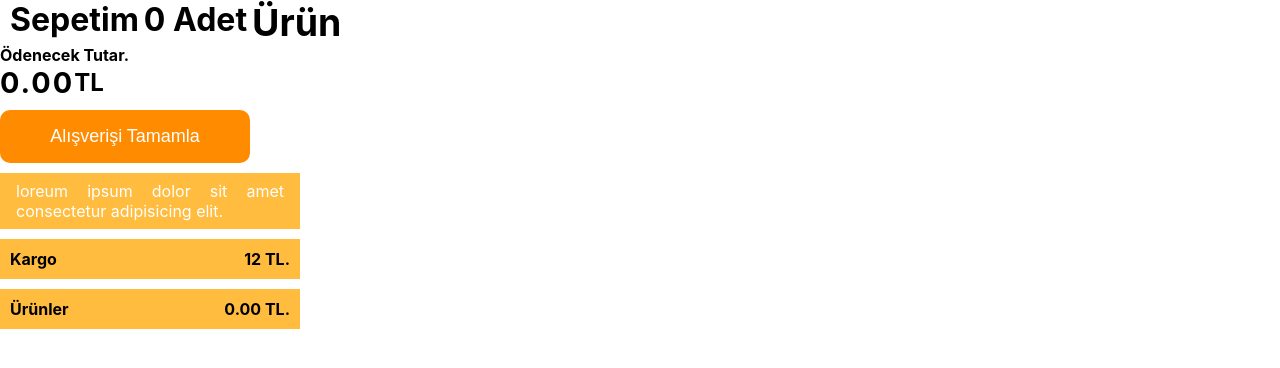
Repository: sevilgenysf/serverapiecommerce
Page: /
An editor plug-in stored every save of this project. The page is shown before and after the next save, followed by the edit.
The browser window is 1280 px wide. The pictures show the whole page.
The page's requests for data from a server got no answer. The project was rebuilt for these pictures with package versions that can differ from the ones it lists, and the page was loaded fresh each time. No one was signed in, and anything a server would have sent is missing. Also part of the build but not shown: src/item.css, src/item.js.

Above is the page before, as saved 2022-02-09 12:32:32.

### src/App.js
import React, { useEffect, useState } from 'react';
import './App.css';
import CardItem from './item';
import Total from './total';

function App() {
	const [card, setcard] = useState([]);
	let amount = 0;
	let itemcount = 0;
	useEffect(async () => {
		let data = await fetch('https://fakestoreapi.com/products?limit=6');
		let result = await data.json();
		setcard(result);
	}, []);

	return (
		<div className="App">
			<h1 className="myCard">
				Sepetim <p>{card.length} Adet</p>
				<h3>Ürün</h3>
			</h1>
			<div>
				{card.map((item) => (
					<CardItem
						key={item.id}
						itemid={item.id}
						image={item.image}
						title={item.title}
						category={item.category}
						price={item.price}
					/>
				))}
			</div>
			{
				(card.forEach((item) => (amount += item.price)),
				(<Total totalprice={amount.toFixed(2)} />))
			}
		</div>
	);
}

export default App;

### src/App.css
* {
	margin: 0;
	padding: 0;
	box-sizing: border-box;
}

.myCard {
	display: flex;
	margin-left: 10px;
}

.myCard p{
	margin-right: 5px;
	margin-left: 5px;
}
.myCard h4{
	color: orangered;
}

### src/total.js
import React from 'react';
import './total.css';

const Total = ({ totalprice }) => {
	return (
		<div className="checkout">
			<h1>Ödenecek Tutar.</h1>
			<div className="money">
				<h4>{totalprice}</h4>
				<p>TL</p>
			</div>
			<button>Alışverişi Tamamla</button>
			<p className="description">
				loreum ipsum dolor sit amet consectetur adipisicing elit.
			</p>
			<div className="cargo">
				<div className="cargoAmount">
					<p>Kargo</p>
					<p className="freeshipping">Bedava</p>
					<p className="cargoAmountTl">12 TL.</p>
				</div>
			</div>
			<div className="orderTotal">
				<p>Ürünler</p>
				<p className="orderAmount">{totalprice} TL.</p>
			</div>
		</div>
	);
};

export default Total;

### src/total.css
.checkout {
	position: sticky;
	top: 30px;
	width: 300px;
	height: 70vh;
	border-radius: 1px solid rgba(0, 0, 0, 0.2);
}

.checkout h1 {
	font-size: 1rem;
}

.checkout h4 {
	display: flex;
	letter-spacing: 2px;
	font-size: 1.8rem;
}

.checkout button {
	width: 250px;
	padding: 1rem 1rem;
	margin-top: 10px;
	background-color: darkorange;
	border: none;
	color: white;
	font-size: large;
	border-radius: 10px;
	cursor: pointer;
	transition: 0.3s ease;
}

.checkout button:hover {
	background-color: rgb(230, 132, 12);
}

.description {
	margin-top: 10px;
	background: rgba(255, 166, 0, 0.753);
	padding: 0.5rem 1rem;
	color: white;
	text-align: justify;
}

.cargoAmount,
.orderTotal {
	padding: 10px;
	display: flex;
	justify-content: space-between;
	margin-top: 10px;
	align-items: center;
	font-weight: bold;
	background-color: rgba(255, 166, 0, 0.753);
}

.money {
	display: flex;
	align-items: center;
}

.money p {
	font-size: 1.5rem;
	font-weight: bold;
}

.freeshipping {
	font-weight: bold;
	color: seagreen;
	font-size: 1rem;
	display: none;
}

.cargoPriceDelete {
	text-decoration: line-through;
}

.visible {
	display: block;
	text-decoration: none;
}

Loaded but not shown: public/index.html (common file); src/index.js (common file); src/index.css (common file); src/reportWebVitals.js (common file)

After the next save:
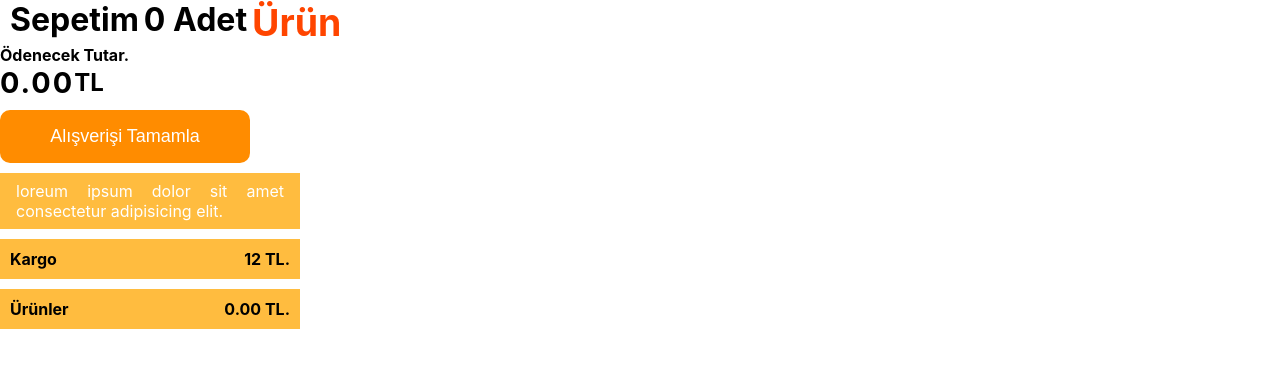
Saved 28 s later.
--- a/src/App.css
+++ b/src/App.css
@@ -13,6 +13,6 @@
 	margin-right: 5px;
 	margin-left: 5px;
 }
-.myCard h4{
+.myCard h3{
 	color: orangered;
 }
